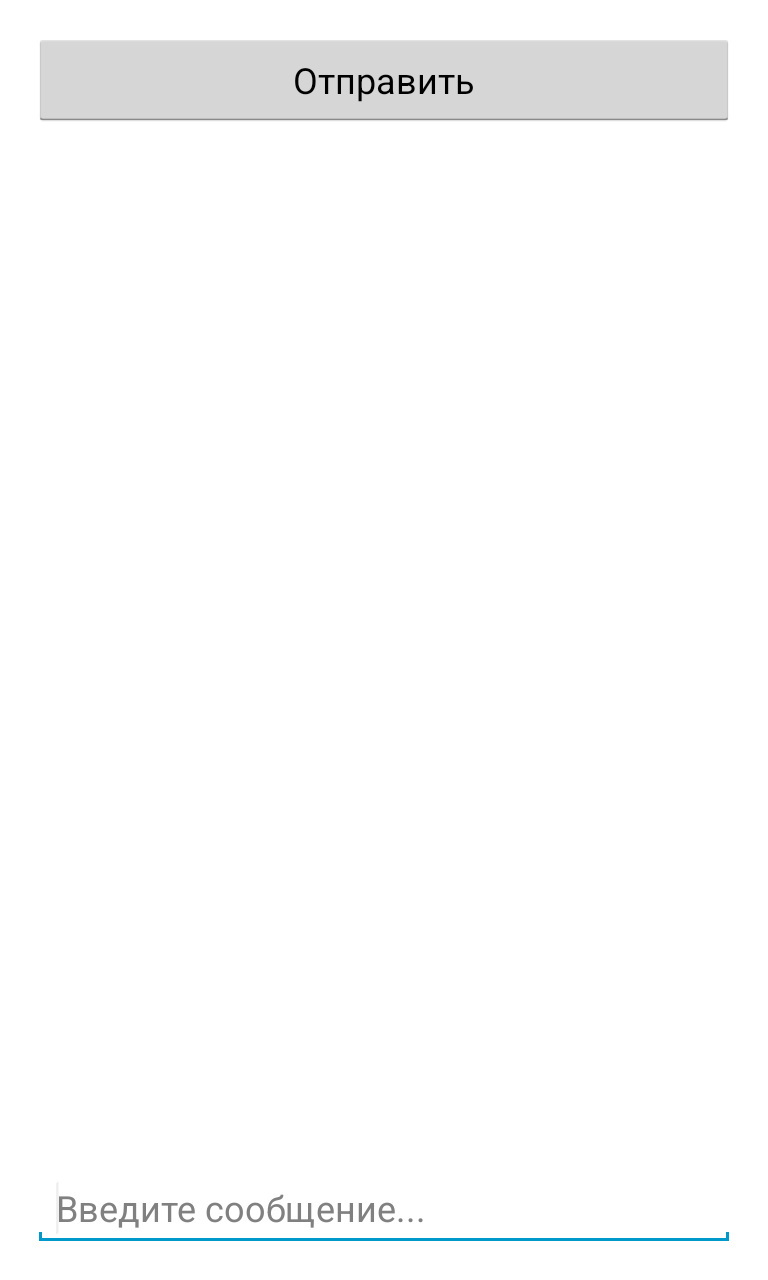
Repository: DukeSpontaneous/Bluetooth-Chat
Layout: BluetoothChat/res/layout/chat.xml
These files come from the project's save history. The layout is drawn as it stood at one moment and after the next save; the edit follows.
It is drawn on a 768 x 1280 px phone screen (xhdpi) without system bars, with theme AppTheme; the app's code is not run. Lists and similar views that code fills are empty.

Above is the layout before, as saved 2016-08-18 10:03:00.

After the next save:
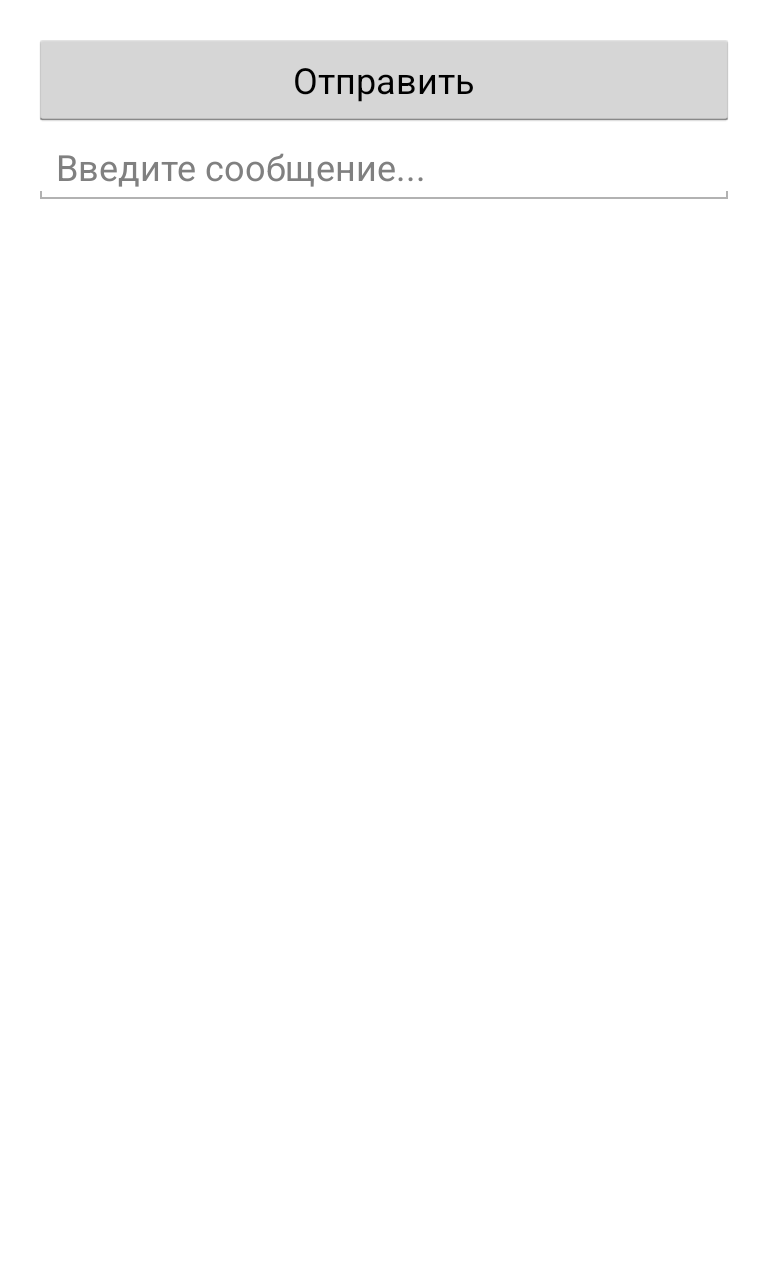
Saved 63 s later.
--- a/BluetoothChat/res/layout/chat.xml
+++ b/BluetoothChat/res/layout/chat.xml
@@ -17,6 +17,14 @@
         android:layout_height="wrap_content"
         android:text="@string/b_send_message" />
 
+    <EditText
+        android:id="@+id/et_input_message"
+        android:layout_width="match_parent"
+        android:layout_height="wrap_content"
+        android:ems="10"
+        android:hint="@string/hint_input_message"
+        android:inputType="textMultiLine" />
+
     <ListView
         android:id="@+id/listViewChat"
         android:layout_width="match_parent"
@@ -24,16 +32,5 @@
         android:layout_gravity="fill"
         android:layout_weight="1" />
 
-    <EditText
-        android:id="@+id/et_input_message"
-        android:layout_width="match_parent"
-        android:layout_height="wrap_content"
-        android:ems="10"
-        android:hint="@string/hint_input_message"
-        android:inputType="textMultiLine" >
-
-        <requestFocus />
-    </EditText>
-
 
 </LinearLayout>
